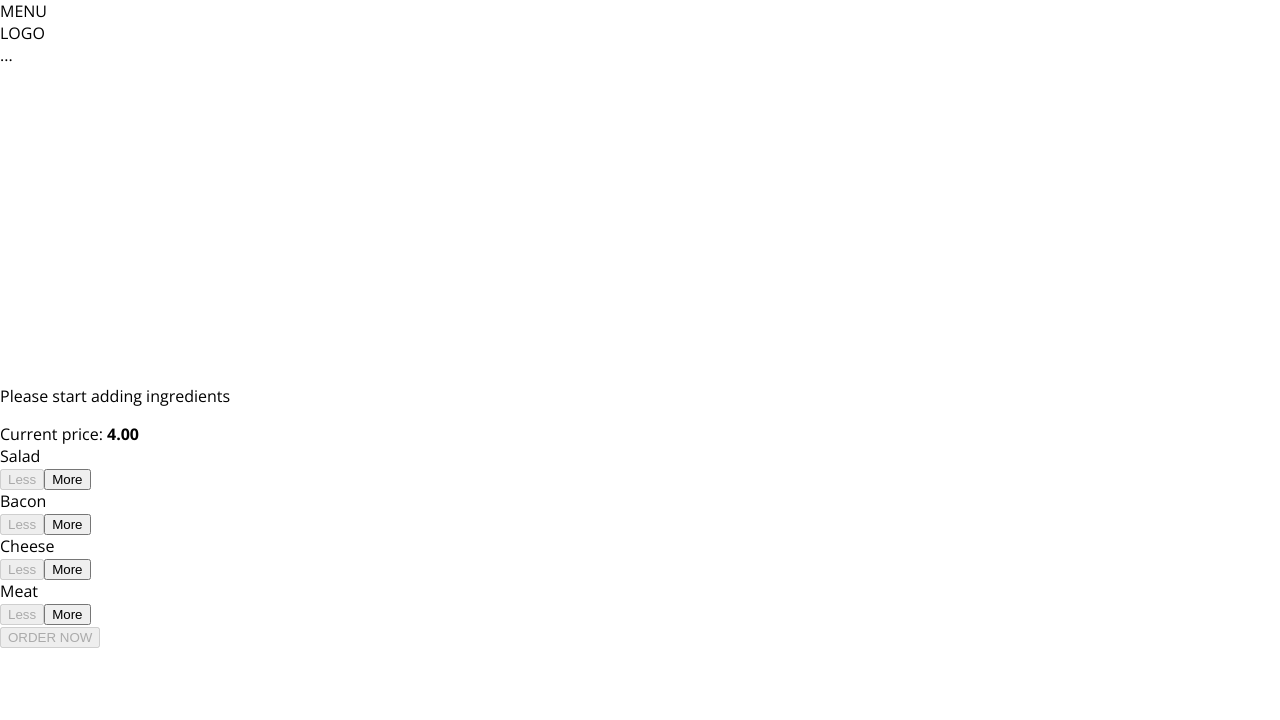
Repository: dunbom6612/burger-builder-app
Page: /
An editor plug-in stored every save of this project. The page is shown before and after the next save, followed by the edit.
The browser window is 1280 px wide. The pictures show the whole page.
The project was rebuilt for these pictures with package versions that can differ from the ones it lists, and the page was loaded fresh each time. Also part of the build but not shown: src/components/Layout/Layout.css, src/components/Navigation/Toolbar/Toolbar.css, src/components/Burger/Burgeringredient/Burgeringredient.css, src/components/Burger/Burger.css, src/components/BuildControls/BuildControls.css, src/components/BuildControls/BuildControl/BuildControl.css, src/components/UI/Modal/Modal.css, src/components/UI/Backdrop/Backdrop.css and 3 more.

Above is the page before, as saved 2020-08-01 11:00:09.

After the next save:
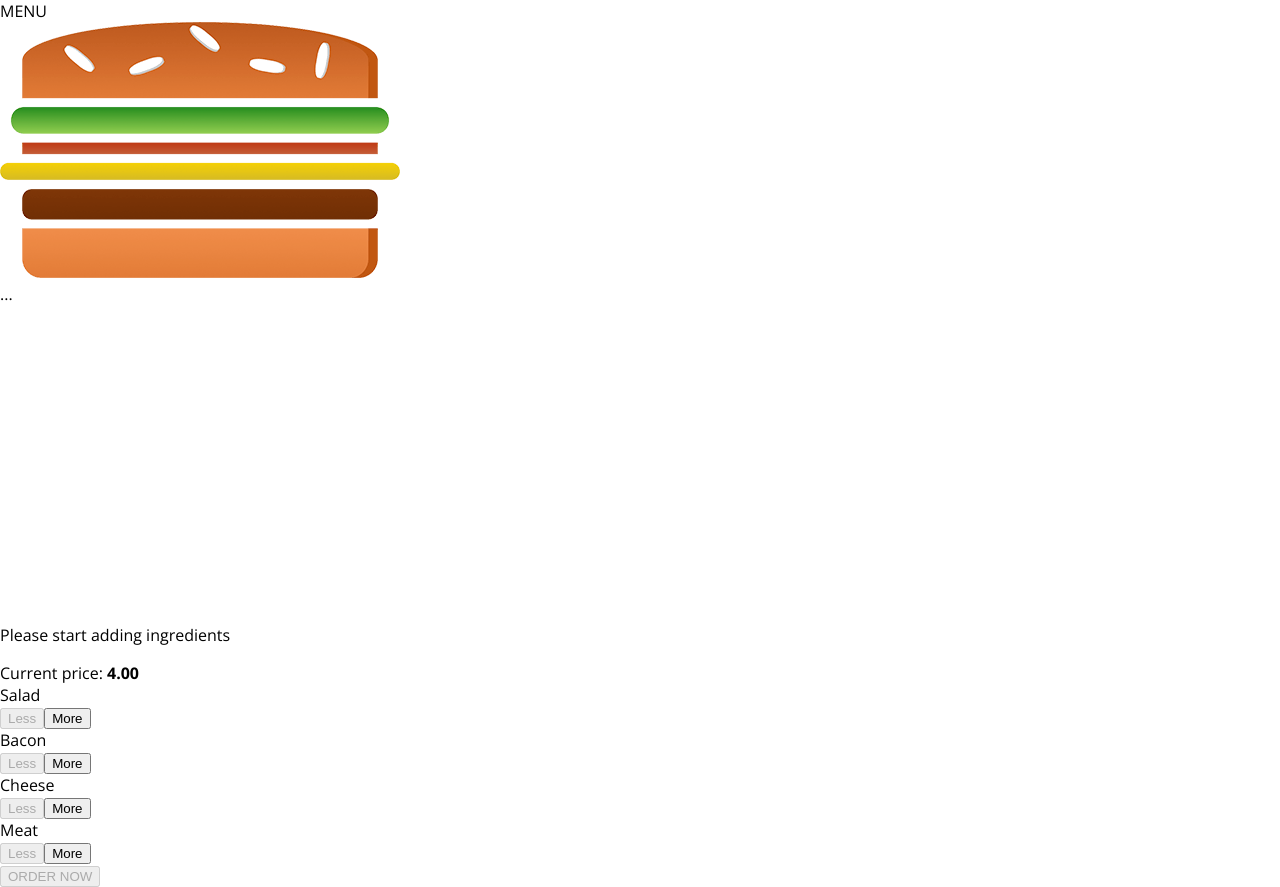
Saved 57 s later.
--- a/src/components/Navigation/Toolbar/Toolbar.js
+++ b/src/components/Navigation/Toolbar/Toolbar.js
@@ -1,10 +1,11 @@
 import React from "react";
 import classes from './Toolbar.css'
+import Logo from '../../Logo/Logo';
 
 const toolbar = (props) => (
   <header className={classes.Toolbar}>
     <div>MENU</div>
-    <div>LOGO</div>
+    <Logo />
     <nav>
         ...
     </nav>
